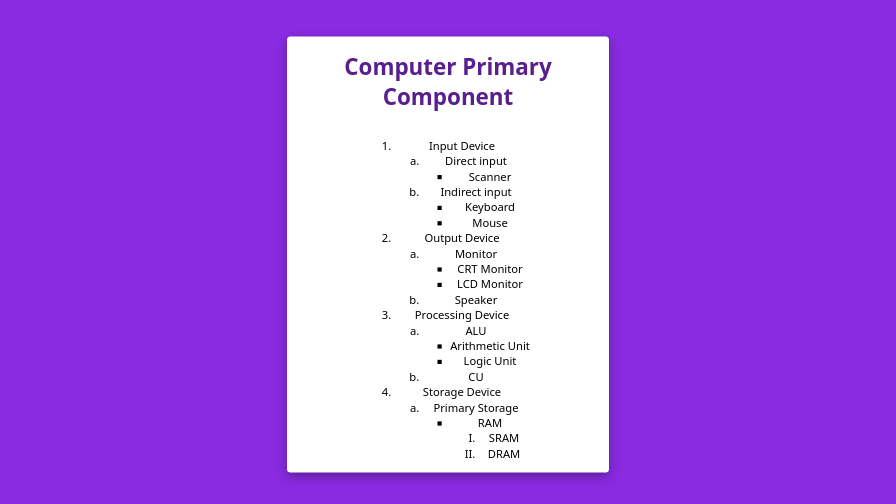
Repository: SharonSebastian32/Nested_List_in_html
Page: index.html
These files come from the project's save history. The page is drawn as it stood at one moment and after the next save; the edit follows.
The browser window is 1280 px wide. The pictures show the part of the page from y = 0 to 1920 px (the page is 720 px tall before and 5274 px after), at 70% of full size.

Above is the page before, as saved 2024-09-01 08:12:57.

After the next save:
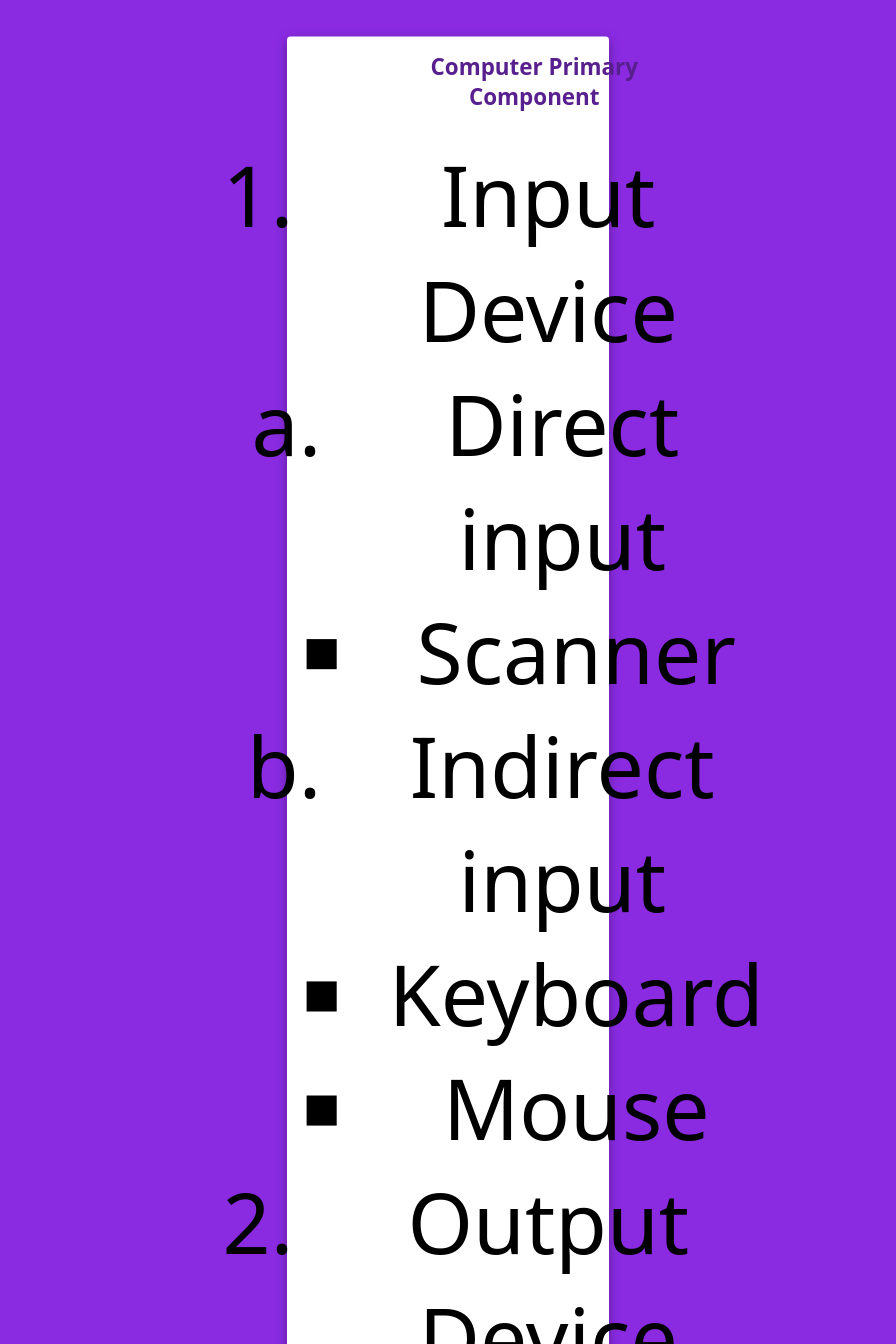
Saved 9 s later.
--- a/index.html
+++ b/index.html
@@ -8,7 +8,7 @@
     <link href="https://unpkg.com/aos@2.3.1/dist/aos.css" rel="stylesheet" />
     <style>
         li{
-            font-size: medium;
+            font-size: 120px;
         }
     </style>
   </head>
